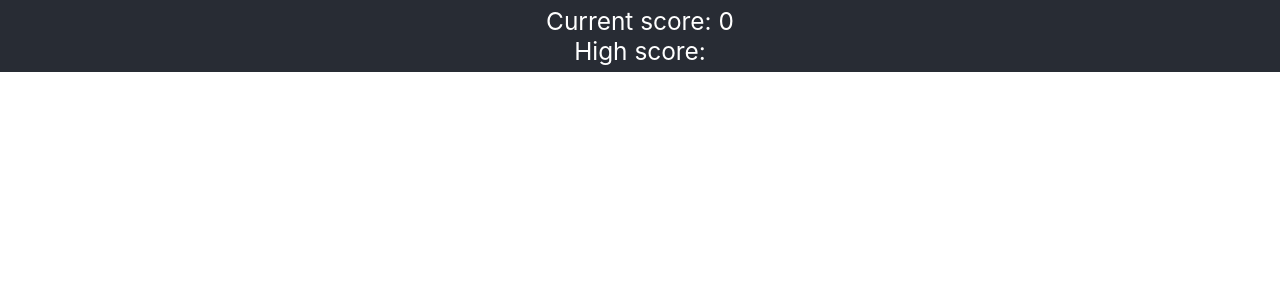
Repository: chin9/MemoryCard
Page: /
These files come from the project's save history. The page is drawn as it stood at one moment and after the next save; the edit follows.
The browser window is 1280 px wide. The pictures show the whole page.
The project was rebuilt for these pictures with package versions that can differ from the ones it lists, and the page was loaded fresh each time.

Above is the page before, as saved 2021-07-07 18:41:10.

After the next save:
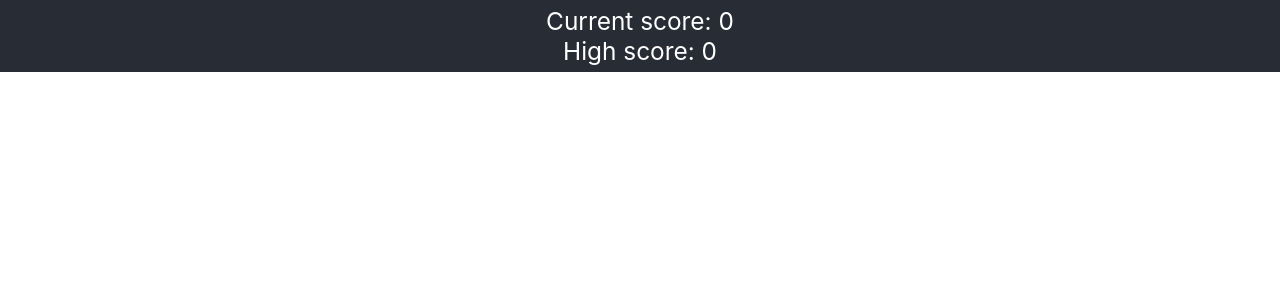
Saved 10 s later.
--- a/src/components/Scoreboard.js
+++ b/src/components/Scoreboard.js
@@ -5,7 +5,7 @@ const Scoreboard = (props) => {
     return (
         <div>
             <div>Current score: {props.score}</div>
-            <div>High score:</div>
+            <div>High score: {props.highScore}</div>
             </div>
     )
 }
